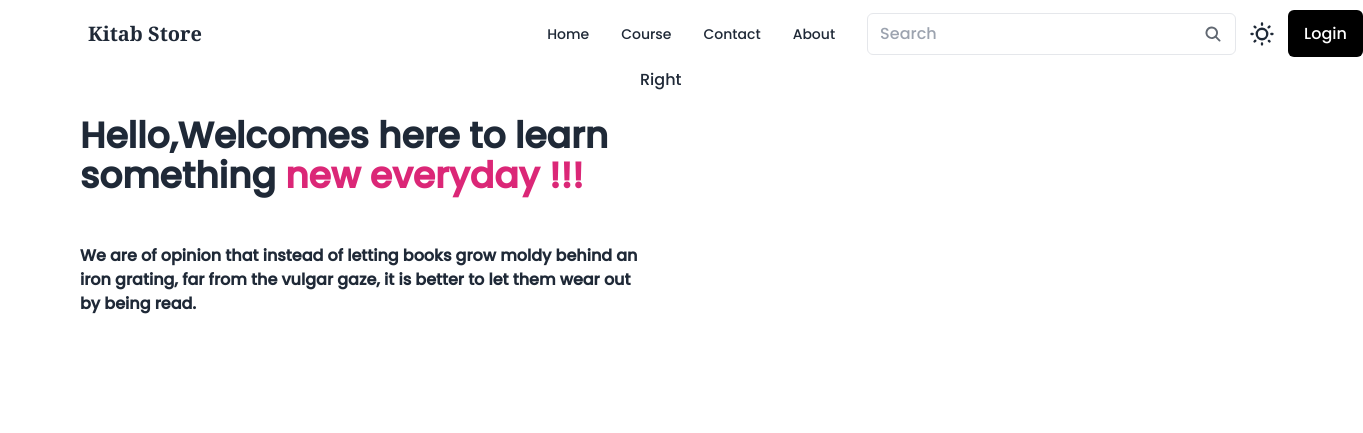
Repository: diensy/Kitab.com
Page: / (app in Frontend/)
The author's editor kept a copy of each file at every save. The page is drawn from the files as they stood at one save, then again after the next save.
The browser window is 1280 px wide. The page is 1363 px wide, so the pictures cover 1363 px, including what lies to the right of the window. The pictures show the whole page.
The project was rebuilt for these pictures with package versions that can differ from the ones it lists, and the page was loaded fresh each time. Also part of the build but not shown: Frontend/vite.config.js.

Above is the page before, as saved 2024-07-28 23:29:07.

### Frontend/src/App.jsx
import React from 'react'
import Navbar from './Components/Navbar'
import Banners from './Components/Banner'
const App = () => {
  return (
    <>
    <Navbar/>
    <Banners/>
    </>
  )
}

export default App

### Frontend/src/index.css
@import url("https://fonts.googleapis.com/css2?family=Fredoka:wght@300..700&family=Montserrat:ital,wght@0,100..900;1,100..900&family=Poppins:wght@500&display=swap");
@tailwind base;
@tailwind components;
@tailwind utilities;

body {
  font-family: "Poppins", sans-serif;
}

### Frontend/src/Components/Navbar.jsx
import React from "react";

const Navbar = () => {
  const navItems = (
    <>
      <li>
        <a>Home</a>
      </li>
      <li>
        <a>Course</a>
      </li>
      <li>
        <a>Contact</a>
      </li>
      <li>
        <a>About</a>
      </li>
    </>
  );
  return (
    <>
      <div className="max-w-screen-2xl container mx-auto md:px-20 px-4">
        <div className="navbar bg-base-100">
          <div className="navbar-start">
            <div className="dropdown">
              <div
                tabIndex={0}
                role="button"
                className="btn btn-ghost lg:hidden"
              >
                <svg
                  xmlns="http://www.w3.org/2000/svg"
                  className="h-5 w-5"
                  fill="none"
                  viewBox="0 0 24 24"
                  stroke="currentColor"
                >
                  <path
                    strokeLinecap="round"
                    strokeLinejoin="round"
                    strokeWidth="2"
                    d="M4 6h16M4 12h8m-8 6h16"
                  />
                </svg>
              </div>
              <ul
                tabIndex={0}
                className="menu menu-sm dropdown-content bg-base-100 rounded-box z-[1] mt-3 w-52 p-2 shadow"
              >
                {navItems}
              </ul>
            </div>
            <a className="text-xl font-bold cursor-pointer font-serif">
              Kitab Store
            </a>
          </div>
          <div className="nav-end space-x-3">
            <div className="navbar-center hidden lg:flex ">
              <ul className="menu menu-horizontal px-1">{navItems}</ul>
            </div>
            <div className="hidden md:block">
              <label className="flex items-center gap-2 border outline-none px-3 py-2 rounded-md">
                <input type="text" className="grow" placeholder="Search" />
                <svg
                  xmlns="http://www.w3.org/2000/svg"
                  viewBox="0 0 16 16"
                  fill="currentColor"
                  className="h-5 w-5 opacity-70"
                >
                  <path
                    fillRule="evenodd"
                    d="M9.965 11.026a5 5 0 1 1 1.06-1.06l2.755 2.754a.75.75 0 1 1-1.06 1.06l-2.755-2.754ZM10.5 7a3.5 3.5 0 1 1-7 0 3.5 3.5 0 0 1 7 0Z"
                    clipRule="evenodd"
                  />
                </svg>
              </label>
            </div>
            <label className="swap swap-rotate">
              {/* this hidden checkbox controls the state */}
              <input
                type="checkbox"
                className="theme-controller"
                value="synthwave"
              />

              {/* sun icon */}
              <svg
                className="swap-off h-7 w-7 fill-current"
                xmlns="http://www.w3.org/2000/svg"
                viewBox="0 0 24 24"
              >
                <path d="M5.64,17l-.71.71a1,1,0,0,0,0,1.41,1,1,0,0,0,1.41,0l.71-.71A1,1,0,0,0,5.64,17ZM5,12a1,1,0,0,0-1-1H3a1,1,0,0,0,0,2H4A1,1,0,0,0,5,12Zm7-7a1,1,0,0,0,1-1V3a1,1,0,0,0-2,0V4A1,1,0,0,0,12,5ZM5.64,7.05a1,1,0,0,0,.7.29,1,1,0,0,0,.71-.29,1,1,0,0,0,0-1.41l-.71-.71A1,1,0,0,0,4.93,6.34Zm12,.29a1,1,0,0,0,.7-.29l.71-.71a1,1,0,1,0-1.41-1.41L17,5.64a1,1,0,0,0,0,1.41A1,1,0,0,0,17.66,7.34ZM21,11H20a1,1,0,0,0,0,2h1a1,1,0,0,0,0-2Zm-9,8a1,1,0,0,0-1,1v1a1,1,0,0,0,2,0V20A1,1,0,0,0,12,19ZM18.36,17A1,1,0,0,0,17,18.36l.71.71a1,1,0,0,0,1.41,0,1,1,0,0,0,0-1.41ZM12,6.5A5.5,5.5,0,1,0,17.5,12,5.51,5.51,0,0,0,12,6.5Zm0,9A3.5,3.5,0,1,1,15.5,12,3.5,3.5,0,0,1,12,15.5Z" />
              </svg>

              {/* moon icon */}
              <svg
                className="swap-on h-7 w-7 fill-current"
                xmlns="http://www.w3.org/2000/svg"
                viewBox="0 0 24 24"
              >
                <path d="M21.64,13a1,1,0,0,0-1.05-.14,8.05,8.05,0,0,1-3.37.73A8.15,8.15,0,0,1,9.08,5.49a8.59,8.59,0,0,1,.25-2A1,1,0,0,0,8,2.36,10.14,10.14,0,1,0,22,14.05,1,1,0,0,0,21.64,13Zm-9.5,6.69A8.14,8.14,0,0,1,7.08,5.22v.27A10.15,10.15,0,0,0,17.22,15.63a9.79,9.79,0,0,0,2.1-.22A8.11,8.11,0,0,1,12.14,19.73Z" />
              </svg>
            </label>
            <div className="">
              <a className="bg-black text-white px-4 py-3 rounded-md hover:bg-slate-800 duration-300 cursor-pointer">
                Login
              </a>
            </div>
          </div>
        </div>
      </div>
    </>
  );
};

export default Navbar;

### Frontend/src/Components/Banner.jsx
import React from "react";

const Banner = () => {
  return (
    <>
      <div className="max-w-screen-2xl container mx-auto md:px-20 px-4 flex flex-col md:flex-row">
        <div className="w-full md:w-1/2 mt-12 md:mt-">
          <div className="space-y-12">
            <h1 className="text-4xl font-bold">
              Hello,Welcomes here to learn something
              <span className="text-pink-600 "> new everyday !!!</span>
            </h1>
            <p className="font-semibold">
              We are of opinion that instead of letting books grow moldy behind
              an iron grating, far from the vulgar gaze, it is better to let
              them wear out by being read.
            </p>
          </div>
        </div>
        <div className="w-full md:w-1/2">Right</div>
      </div>
    </>
  );
};

export default Banner;

Loaded but not shown: Frontend/index.html (common file); Frontend/src/main.jsx (common file); Frontend/tailwind.config.js (common file)

After the next save:
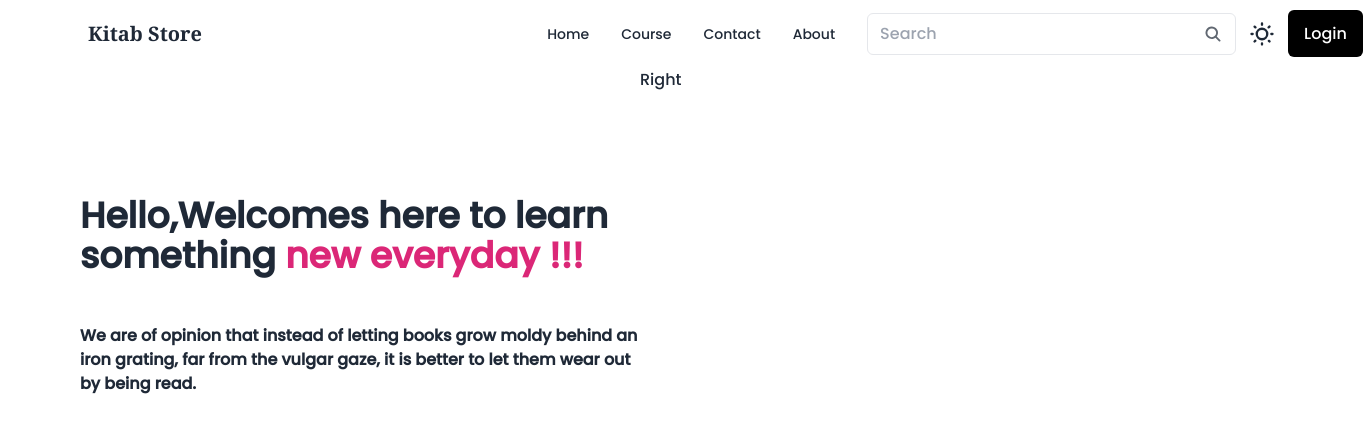
Saved 5 s later.
--- a/Frontend/src/Components/Banner.jsx
+++ b/Frontend/src/Components/Banner.jsx
@@ -4,7 +4,7 @@ const Banner = () => {
   return (
     <>
       <div className="max-w-screen-2xl container mx-auto md:px-20 px-4 flex flex-col md:flex-row">
-        <div className="w-full md:w-1/2 mt-12 md:mt-">
+        <div className="w-full md:w-1/2 mt-12 md:mt-32">
           <div className="space-y-12">
             <h1 className="text-4xl font-bold">
               Hello,Welcomes here to learn something
